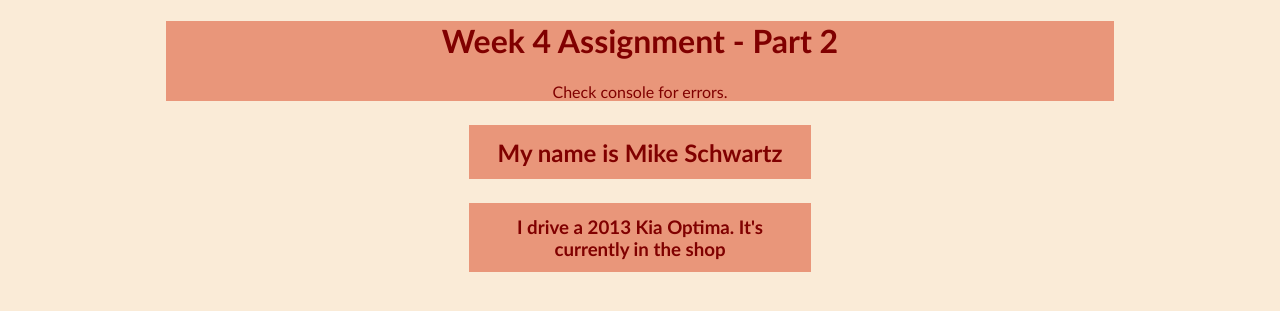
Repository: Ellusionism/prime-pw-week-4-assignment-part-2
Page: assignment/index.html
These files come from the project's save history. The page is drawn as it stood at one moment and after the next save; the edit follows.
The browser window is 1280 px wide. The pictures show the whole page.

Above is the page before, as saved 2022-11-16 18:02:36.

After the next save:
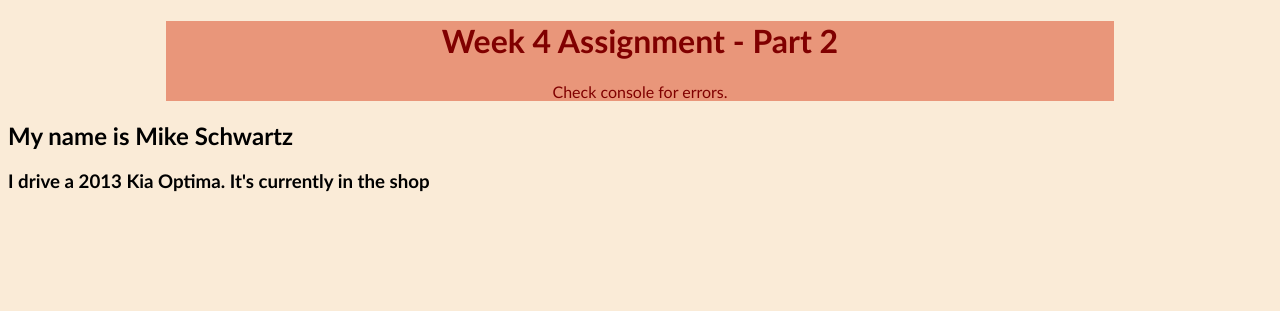
Saved 18 s later.
--- a/assignment/stylesheet.css
+++ b/assignment/stylesheet.css
@@ -12,7 +12,7 @@ body {
  color: maroon;
 }
 
-.info {
+.nameInfo {
  background-color:darksalmon;
  width: 25%;
  text-align: center;
